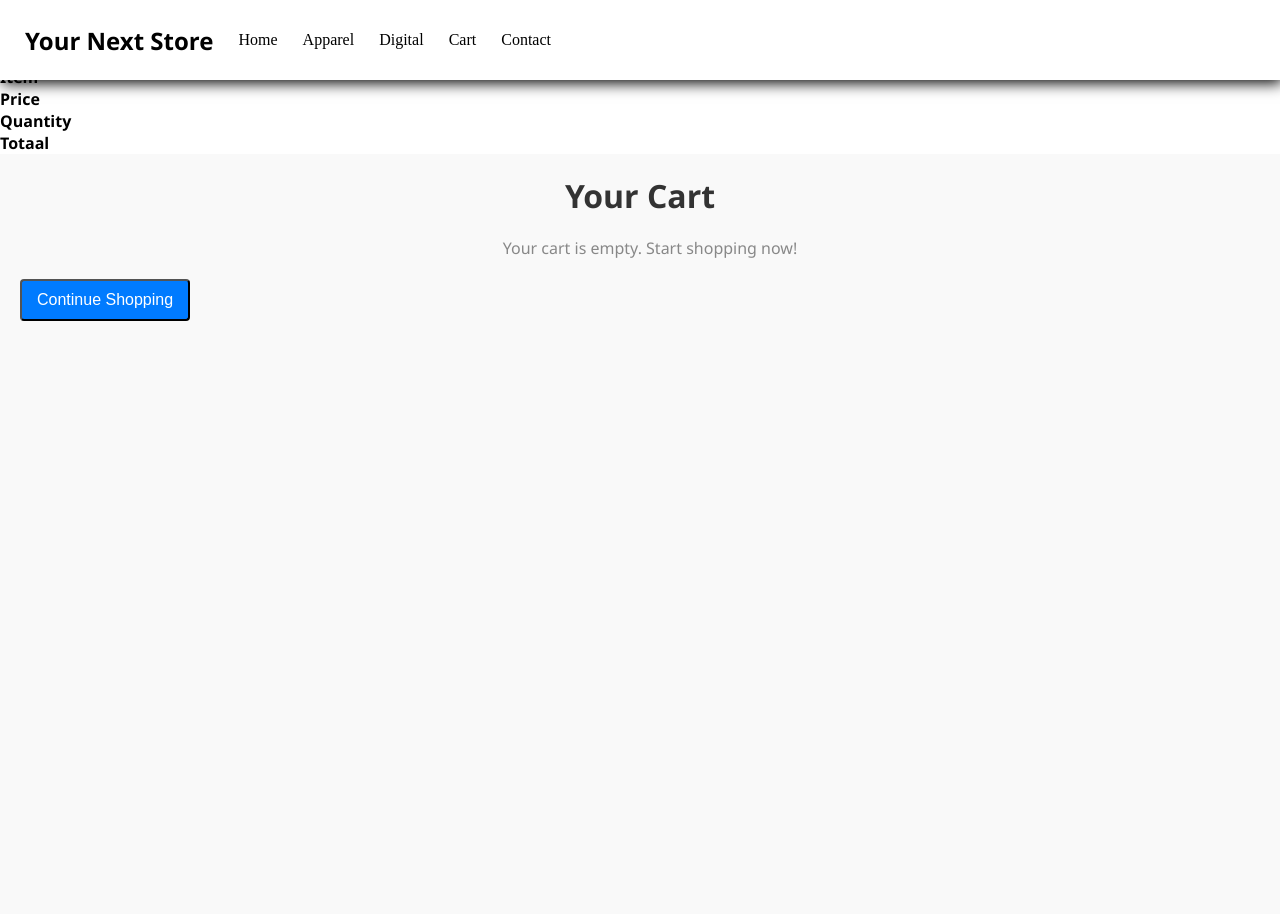
Repository: Sharathguru/React_Project1
Page: /cart
These files come from the project's save history. The page is drawn as it stood at one moment and after a run of saves; the edit follows.
The browser window is 1280 px wide. The pictures show the whole page.
The project was rebuilt for these pictures with package versions that can differ from the ones it lists, and the page was loaded fresh each time. Also part of the build but not shown: vite.config.js, src/Component/Main/Main1.jsx, src/Component/Main/Cloud.jsx, src/Component/Home.jsx, src/Component/NavbarComponent/Apparel.jsx, src/Component/NavbarComponent/Digital.jsx, src/Component/Contact.jsx, src/Component/Main/Signup.jsx and 3 more.

Above is the page before, as saved 2025-01-17 10:45:55.

### src/main.jsx
import { StrictMode } from 'react'
import { createRoot } from 'react-dom/client'

import App from './App.jsx'


createRoot(document.getElementById('root')).render(

  <App></App>

)

### src/App.jsx
import React, { useState } from 'react';
import { createBrowserRouter, RouterProvider } from 'react-router-dom';
import Home from './Component/Home';
import Apparel from './Component/NavbarComponent/Apparel';
import Digital from './Component/NavbarComponent/Digital';
import Contact from './Component/Contact';
import Signup from './Component/Main/Signup';
import LoginPage from './Component/Main/LoginPage';
import Cart from './Component/NavbarComponent/Cart';

import './App.css';
import Terms from './Component/Main/Terms';

const App = () => {
  const [cartItems, setCartItems] = useState([]);

  const router = createBrowserRouter([
    {
      path: "/",
      element: <Signup />,
      children: [
        {
          path: "/terms",
          element: <Terms />,
        },
      ],
    },
    {
      path: "/login",
      element: <LoginPage />,
    },
    {
      path: "/home",
      element: <Home />,
    },
    {
      path: "/apparel",
      element: <Apparel cartItems={cartItems} setCartItems={setCartItems} />,
    },
    {
      path: "/digital",
      element: <Digital />,
    },
    {
      path: "/cart",
      element: <Cart cartItems={cartItems} setCartItems={setCartItems} />,
    },
    {
      path: "/contact",
      element: <Contact />,
    },
  ]);

  return (
    <div>
      <RouterProvider router={router} />
    </div>
  );
};

export default App;

### src/Component/NavbarComponent/Cart.jsx
import React, { useState } from "react";
import { Link } from "react-router-dom";

const Cart = ({ cartItems, setCartItems }) => {
  const handleRemoveFromCart = (productId) => {
    const updatedCart = cartItems.filter((item) => item.id !== productId);
    setCartItems(updatedCart);
  };

  const handleIncreaseQuantity = (productId) => {
    const updatedCart = cartItems.map((item) =>
      item.id === productId ? { ...item, quantity: item.quantity + 1 } : item
    );
    setCartItems(updatedCart);
  };

  const handleDecreaseQuantity = (productId) => {
    const updatedCart = cartItems.map((item) =>
      item.id === productId && item.quantity > 1
        ? { ...item, quantity: item.quantity - 1 }
        : item
    );
    setCartItems(updatedCart);
  };

  return (
    <div>
      <div id="navbar">
        <nav id="navbar-items">
          <div id="navbar-title">
            <h1>Your Next Store</h1>
          </div>
          <Link className="link" to="/home">Home</Link>
          <Link className="link" to="/Apparel">Apparel</Link>
          <Link className="link" to="/digital">Digital</Link>
          <Link className="link" to="/cart">Cart</Link>
          <Link className="link" to="/contact">Contact</Link>
        </nav>
      </div>
      <br /><br /><br />
    <div>
      <div>
        <h4>Item</h4>
      </div>
      <div>
        <h4>Price</h4>
        <h4>Quantity</h4>
        <h4>Totaal</h4>
      </div>
    </div>
      <div id="cart-content">
        <h1>Your Cart</h1>
        {cartItems && cartItems.length > 0 ? (
          cartItems.map((item) => (
            <div key={item.id} className="cart-item">
              <img src={item.img} alt={item.name} className="cart-item-image" />
              <div className="cart-item-details">
                <h2>{item.name}</h2>
                <p>Price: {item.price}</p>
                <div>
                  <input type="button" value="-" />
                  <input type="button" value="Add" />

                </div>
                <button
                  className="remove-button"
                  onClick={() => handleRemoveFromCart(item.id)}
                >
                  Remove
                </button>
              </div>
            </div>
          ))
        ) : (
          <p>Your cart is empty. Start shopping now!</p>
        )}
        <Link to="/Apparel">
          <button className="continue-shopping-button">Continue Shopping</button>
        </Link>
      </div>
    </div>
  );
};

export default Cart;

### src/App.css
* {
  margin: 0;
  padding: 0;
}
body
{
    font-family: 'Segoe UI', Tahoma, Geneva, Verdana, sans-serif;
}
#navbar {
    width: 100vw;
    height: 80px;
    background: white;
    box-shadow: 2px 3px 14px black;
    display: flex;
    align-items: center;
    justify-content: space-between;
    position: fixed; /* Change from static to fixed */
    top: 0; /* Ensure it sticks to the top of the viewport */
    z-index: 1000; /* Add z-index to make sure it appears above other content */

  }

#navbar-title h1
{
/* padding-bottom: 10px; */
font-weight: 700;
}

#navbar-items {

  width: 45%;
  display: flex;
  justify-content: space-evenly;
  align-items: center;
}


.link {
  text-decoration: none;
  color: black;
  font-size: 16px;
  font-family: "Times New Roman", Times, serif;
}

.link:hover {
  background: linear-gradient(45deg, black, rgb(232, 145, 4));
  -webkit-background-clip: text;
  background-clip: text;
  color: transparent;
}

#navbar-search {
    margin-right: 25px;
  flex-grow: 1;
  display: flex;
  justify-content: flex-end;
  padding-right: 10px;
  align-items: center;
}

#navbar-search input {
  width: 180px;
  height: 30px;
  border: 1px solid #ccc;
  border-radius: 4px;
  padding: 0 10px;
  font-size: 14px;
}
#navbar-search input::placeholder
{
font-size: 12px;
}

#navbar-search i,
#navbar-search a {
  padding-left: 10px;
  font-size: 16px;
  color: #888;
  cursor: pointer;
  text-decoration: none;
}

#navbar-search a:hover {
  background: linear-gradient(45deg, black, rgb(232, 145, 4));
  -webkit-background-clip: text;
  background-clip: text;
  color: transparent;
}

#navbar-icon i {
  padding-right: 20px;
  font-size: 20px;
  cursor: pointer;
  display: none;
}

#navbar-icon i:hover {
  background: linear-gradient(45deg, black, rgb(232, 145, 4));
  -webkit-background-clip: text;
  background-clip: text;
  color: transparent;
}
#home-part1 {
    background-color: rgb(247, 244, 244);
    margin: 100px 0 0 40px; /* Add top margin to prevent overlapping */
    width: 94vw;
    height: 480px;
    position: relative; /* Change position to relative to avoid sticky conflicts */
    display: flex;
    justify-content: space-evenly;
    align-items: center;
}

#home-part1 p
{
    padding-top: 10px;
    color: rgb(83, 79, 80);
}
#home-part1 button
{
    margin-top: 15px;
    background: rgb(46, 48, 49);
    border: none;
    border-radius: 20px;
    width: 90px;
    height: 30px;
    color: white;
    font-weight: bold;
    cursor: pointer;
}

#home-part1-img img
{
    width: 300px;
}
#home-part2
{

    display: flex;
    justify-content: space-evenly;
    flex-wrap: wrap;
    row-gap: 70px;

}
#cloud {
    background-color: rgb(222, 219, 219);
    margin: 10px 0 10px 0px;
    width: 25.4%;
    height: 340px;
    position: relative;
    border-radius: 10px;

}
#cloud img
{
    /* margin-left: 20px; */
    position: relative;
    left: -30px;
    bottom: 10px;
    right: 85px;
    width: 395px;
    height: 350px;
}
#cloud img:hover
{
opacity: 0.5;
transform: translateY(-10px);
}
#home-part2 h1
{
    /* padding-left: 35px; */
    font-size: 25px;
}
#cloud p:first-child {
    padding-left: 80px;
    font-size: 20px;
}

#home-part2a
{
    margin: 20px 0 0 0;
    width: 94vw;
    display: flex;
    justify-content: space-around;

}
#cloud1 img
{
    width: 500px;
    border-radius: 10px;
}
#cloud1a img
{
    width: 500px;
    border-radius: 10px;
}
#para p
{
    margin-right: 20px;
}
#cloud1:hover , #cloud1a:hover {
    opacity: 0.7;
}



/* Outer container */
#border-down {
  margin-top: 20px;
  background-color: rgb(240, 240, 240);
  height: 220px;
  position: relative;
  width: 100%;
  display: flex; /* Flexbox for alignment */
  justify-content: space-between; /* Space between left and right sections */
  align-items: center;
  padding: 20px;
  box-sizing: border-box;
}

/* Left Section */
#details-product-left {
  display: flex;
  flex-direction: column;
  justify-content: center;
  align-items: flex-start;
}

#details-product-left h1 {
  font-size: 18px;
  margin-bottom: 10px;
}

#details-product-left input {
  padding: 8px;
  border: 1px solid #ccc;
  border-radius: 4px;
  margin-right: 10px;
}

#details-product-left button {
  background-color: #1a202c;
  color: #fff;
  border: none;
  padding: 8px 16px;
  border-radius: 4px;
  cursor: pointer;
}

/* Right Section */
#details-product-right {
  display: flex;
  justify-content: space-between;
  align-items: flex-start;
  gap: 50px; /* Space between Products and Support */
}

#details-Product,
#details-Product1 {
  text-align: left;
}

#details-Product h4,
#details-Product1 h4 {
  font-size: 16px;
  margin-bottom: 10px;
}

#details-Product a,
#details-Product1 a {
  text-decoration: none;
  color: #333;
  font-size: 14px;
}

#details-Product a:hover,
#details-Product1 a:hover {
  text-decoration: underline;
}

/* Outer container */
#border-down {
  margin-top: 20px;
  background-color: rgb(240, 240, 240);
  height: 250px;
  position: relative;
  width: 100%;
  display: flex;
  justify-content: space-between;
  align-items: center;
  padding: 20px;
  box-sizing: border-box;
}

/* Left Section */
#details-product-left {
  display: flex;
  flex-direction: column;
  justify-content: flex-start;
  align-items: flex-start;
  gap: 10px;
}

#details-product-left h1 {
  font-size: 18px;
  margin-bottom: 5px;
}

#details-product-left input {
  padding: 8px;
  border: 1px solid #ccc;
  border-radius: 4px;
  margin-right: 10px;
  width: 250px;
}

#details-product-left button {
  background-color: #1a202c;
  color: #fff;
  border: none;
  padding: 8px 16px;
  border-radius: 10px;
  cursor: pointer;
  margin-top: 10px;
}

/* Right Section */
#details-product-right {
  display: flex;
  justify-content: flex-end;
  align-items: flex-start;
  gap: 50px;
}

#details-Product,
#details-Product1 {
  text-align: left;
}

#details-Product h4,
#details-Product1 h4 {
  font-size: 16px;
  margin-bottom: 10px;
}

#details-Product a,
#details-Product1 a {
  text-decoration: none;
  color: #333;
  font-size: 14px;
}

#details-Product a:hover,
#details-Product1 a:hover {
  text-decoration: underline;
}

/* Footer Section */
#footer {
  /* text-align: center; */
  padding: 15px 0;
  font-size: 14px;
  color: #555;
  background-color: rgb(240, 240, 240);
  border-top: 1px solid #ddd;
}

#footer p {
  margin: 5px 0;
}
#Apparel-heading
{
  padding-top: 10px;
  padding-left: 30px;
}
#Apparel-heading h3
{
font-size: 1.5rem;
}
#Apparel-heading p
{
color: #888;
}

#Apparel-detail {
  margin-top: 20px;
  display: flex;
  justify-content: space-evenly;
  flex-wrap: wrap; /* Ensure items wrap on smaller screens */
  /* gap: 10px;  */
  column-gap: 10px;
  row-gap: 120px;
  width: 100%; /* Ensure container fits within the viewport */
}

.Apparel-items-box {
  margin: 0; /* Remove extra margin */
  border-radius: 10px;
  /* background-color: #9e2626; */
  width: 25%; /* Adjust as needed for layout */
  height: 340px;
  box-sizing: border-box;

}

.Apparel-item-all img {
  width: 315px; /* Scale image to fit its container */
  height: 339px; /* Ensure image stretches to container height */
 border-radius: 20px;
}

.Apparel-item-all img:hover
{
opacity: 0.5;
transform: translateY(-5px);
cursor: pointer;
}

.Apparel-item-all h1
{
 margin: 40px  0 0 0;
font-size: 1.3rem;
text-align: center;
}
.Apparel-item-all p
{
text-align: center;
}

/* Target the 10th Apparel-items-box */
.Apparel-items-box:nth-child(10) {
 margin-right: 63%;
}
#Digital-title h2,p
{
  padding-left: 20px;
}
#Digital-title p
{
color: #888;
}
#Digital-item
{
  display: flex;
  flex-wrap: wrap;
  justify-content: space-evenly;
}

.Digital-item-all
{
  margin: 30px 0 0 30px;

}
.Digital-item-all img
{
  border-radius: 10px;
  width: 370px;
  transform: translateY(-10px);
}
/* General Contact Form Styling */
#contact {
  margin: 40px auto;
  padding: 20px;
  max-width: 600px;
  border: 1px solid #ddd;
  border-radius: 8px;
  background-color: #f9f9f9;
}

#contact-item {
  text-align: center;
}

#contact-item h3 {
  font-size: 24px;
  color: #333;
  margin-bottom: 20px;
}

/* Contact Form Container */
#contact-item-all {
  display: flex;
  flex-direction: column;
  gap: 15px;
}

/* Input and Textarea Styling */
.item-all-contact label {
  font-size: 16px;
  color: #333;
  margin-bottom: 8px;
  text-align: left;
  display: block;
}

.item-all-contact input,
.item-all-contact textarea {
  padding: 10px;
  font-size: 16px;
  width: 100%;
  border: 1px solid #ccc;
  border-radius: 4px;
  margin-bottom: 10px;
  box-sizing: border-box;
}

.item-all-contact input:focus,
.item-all-contact textarea:focus {
  border-color: #6c757d;
  outline: none;
}

/* Button Styling */
button[type="submit"] {
  width: 200px;
  padding: 12px 20px;
  margin-left: 200px;
  font-size: 16px;
  color: #fff;
  background-color: #383534;
  border: none;
  border-radius: 10px;
  cursor: pointer;
  transition: background-color 0.3s ease;
}

button[type="submit"]:hover {
  background-color: #0056b3;
}

.buy-now-button {
  background-color: #ff5722;
  color: white;
  border: none;
  padding: 10px 15px;
  border-radius: 5px;
  font-size: 14px;
  cursor: pointer;
  transition: background-color 0.3s ease, transform 0.2s ease;
}

.buy-now-button:hover {
  background-color: #e64a19;
  transform: scale(1.05);
}

.buy-now-button:active {
  background-color: #d84315;
  transform: scale(1);
}

#already-login
{
 padding: 5px 0 0 60px;
  font-size: 0.43rem;
}
.Login-signup
{
  padding-left: 5px;
  text-decoration: none;
}

#Subscribe-group
{
  position: relative;
  top: 100px;
}


/* Cart Container */
#cart-content {
  padding: 20px;
  background-color: #f9f9f9;
  min-height: 100vh;
}

#cart-content h1 {
  text-align: center;
  font-size: 2rem;
  color: #333;
  margin-bottom: 20px;
}

.cart-item {
  display: flex;
  align-items: center;
  justify-content: space-between;
  background-color: #fff;
  padding: 20px;
  border-radius: 8px;
  margin-bottom: 15px;
  box-shadow: 0 2px 4px rgba(0, 0, 0, 0.1);
}

.cart-item img {
  width: 100px;
  height: 100px;
  /* object-fit: cover; */
  border-radius: 8px;
}

.cart-item-details {
  flex-grow: 1;
  margin-left: 20px;
}

.cart-item-details h2 {
  font-size: 1.2rem;
  color: #333;
}

.cart-item-details p {
  font-size: 1rem;
  color: #555;
}

.remove-button {
  background-color: #ff4d4d;
  color: white;
  border: none;
  padding: 10px 15px;
  cursor: pointer;
  border-radius: 4px;
  transition: background-color 0.3s ease;
}

.remove-button:hover {
  background-color: #e60000;
}

.continue-shopping-button {
  background-color: #007bff;
  color: white;
  padding: 10px 15px;
  text-decoration: none;
  border-radius: 4px;
  font-size: 1rem;
  margin-top: 20px;
  display: inline-block;
  text-align: center;
}

.continue-shopping-button:hover {
  background-color: #0056b3;
}

/* Empty Cart Message */
#cart-content p {
  text-align: center;
  font-size: 1rem;
  color: #888;
  margin-top: 20px;
}




/* Mobile view adjustments */
@media screen and (max-width: 500px) {
  #navbar-items {
    display: none; /* Hide the navbar items */
  }

  #navbar-search {
    display: none; /* Hide the search bar */
  }

  #navbar-icon i {
    display: block; /* Show the icon */
  }
}
@media (max-width: 768px) {
  #contact {
    padding: 15px;
  }

  #contact-item-all {
    gap: 10px;
  }

  button[type="submit"] {
    font-size: 14px;
    padding: 10px 16px;
  }
}

### src/Component/Main/Signup.css
* {
    padding: 0;
    margin: 0;
  }

  #signup-heading {
    width: 100vw;
    height: 100vh;
    border-radius: 20px;
    position: relative;
    display: flex;
    justify-content: space-evenly;
    align-items: center;
    background: linear-gradient(190deg, rgb(243, 235, 235), rgb(237, 147, 147));
    animation: fadeIn 1.5s ease-in-out;
  }
  #signup-details h1
  {
    margin-bottom: 20px;
    text-align: center;

  }
  .signup-group {
    position: relative;
    margin-bottom: 20px;
    animation: slideIn 1.2s ease-in-out;
    margin-left: 30px;
  }

  .signup-group i {
    margin-left: 10px;
    position: absolute;
    transform: translateY(70%);
    color: #555;
    transition: color 0.3s ease;
  }

  .signup-group input[type="text"],
  .signup-group input[type="email"],
  .signup-group input[type="password"] {
    width: 300px;
    padding: 10px 40px;
    border: 1px solid #ddd;
    border-radius: 5px;
    font-size: 16px;
    color: #555;
    outline: none;
    transition: all 0.3s ease;
    box-sizing: border-box;
  }

  .signup-group input[type="text"]:focus,
  .signup-group input[type="email"]:focus,
  .signup-group input[type="password"]:focus {
    border-color: #007bff;
    box-shadow: 0 0 5px rgba(0, 123, 255, 0.5);
  }

  .signup-group input[type="text"]:hover,
  .signup-group input[type="email"]:hover,
  .signup-group input[type="password"]:hover {
    background-color: #f9f9f9;
  }

  .signup-group input[type="text"]:focus + i,
  .signup-group input[type="email"]:focus + i,
  .signup-group input[type="password"]:focus + i {
    color: #007bff;
  }

  #signup-heading img {
    width: 400px;
    border-radius: 20px;
    animation: bounceIn 2s ease-in-out;
  }

  input[type="checkbox"] {

    cursor: pointer;

    margin: 25px 10px 0 0 ;

  }

  input[type="submit"] {
    width: 300px;
    padding: 10px;
    background: #007bff;
    color: #fff;
    border: none;
    border-radius: 5px;
    font-size: 16px;
    cursor: pointer;
    transition: background 0.3s ease;
    animation: zoomIn 1s ease-in-out;
    margin-left: 27px;
  }

  input[type="submit"]:hover {
    background: #0056b3;
  }

  span {
    font-size: 14px;
    color: #555;
  }
#checkbox:hover + span
  {
    font-size: 14px;
    color: black;
  }


  /* Animations */

  @keyframes fadeIn {
    from {
      opacity: 0;
      transform: translateY(-20px);
    }
    to {
      opacity: 1;
      transform: translateY(0);
    }
  }

  @keyframes slideIn {
    from {
      opacity: 0;
      transform: translateX(-20px);
    }
    to {
      opacity: 1;
      transform: translateX(0);
    }
  }

  @keyframes bounceIn {
    10% {
      opacity: 0;
      transform: scale(0.5);
    }
    10% {
      opacity: 1;
      transform: scale(1.2);
    }
    100% {
      transform: scale(1);
    }
  }

  @keyframes zoomIn {
    from {
      transform: scale(0.8);
      opacity: 0;
    }
    to {
      transform: scale(1);
      opacity: 1;
    }
  }

Loaded but not shown: index.html (common file)

After the next 2 saves:
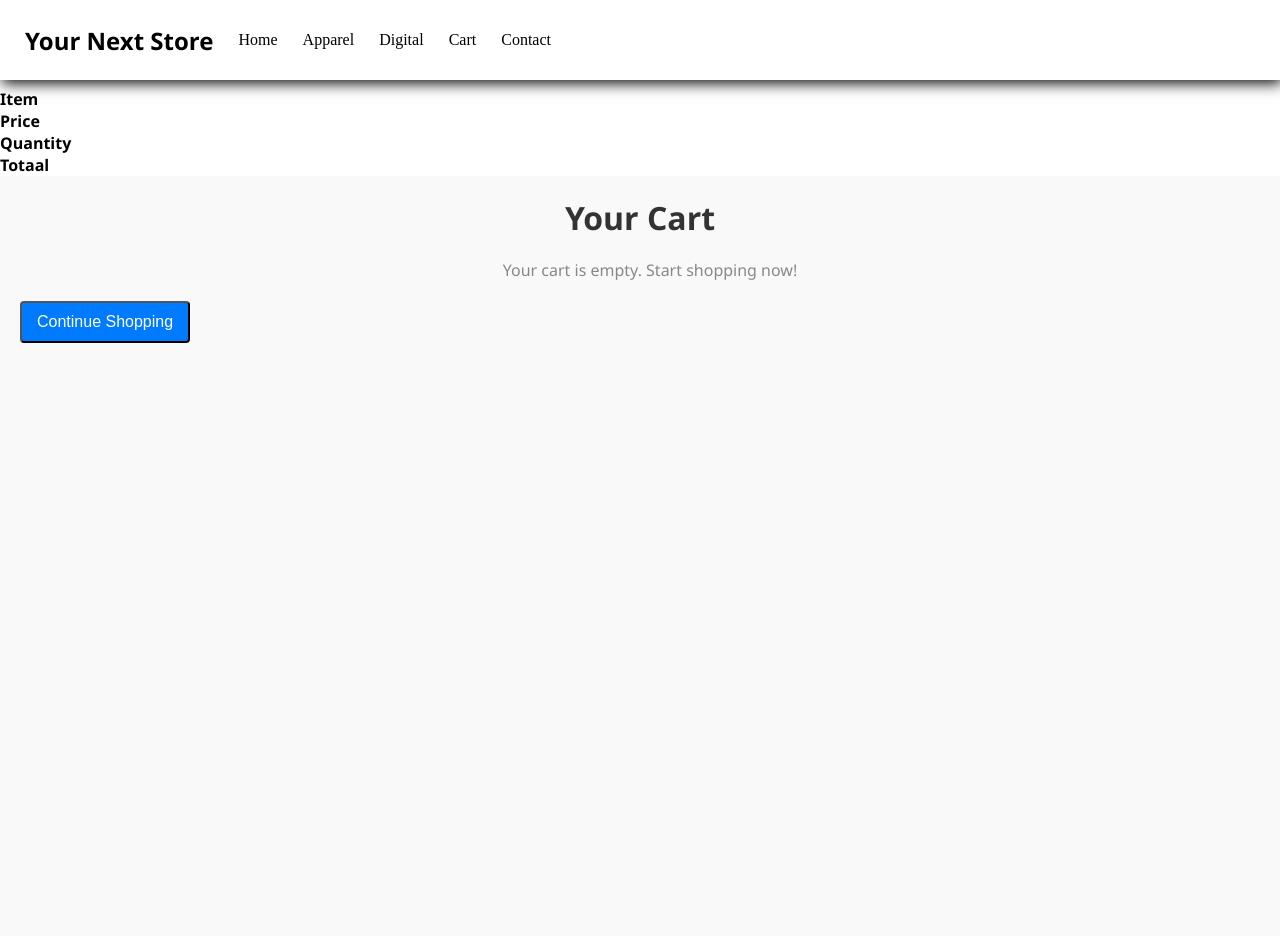
The 2 saves are shown as one change because they came seconds apart.
The last was saved 8 s later.
--- a/src/Component/NavbarComponent/Cart.jsx
+++ b/src/Component/NavbarComponent/Cart.jsx
@@ -37,7 +37,7 @@ const Cart = ({ cartItems, setCartItems }) => {
           <Link className="link" to="/contact">Contact</Link>
         </nav>
       </div>
-      <br /><br /><br />
+      <br /><br /><br /><br />
     <div>
       <div>
         <h4>Item</h4>
